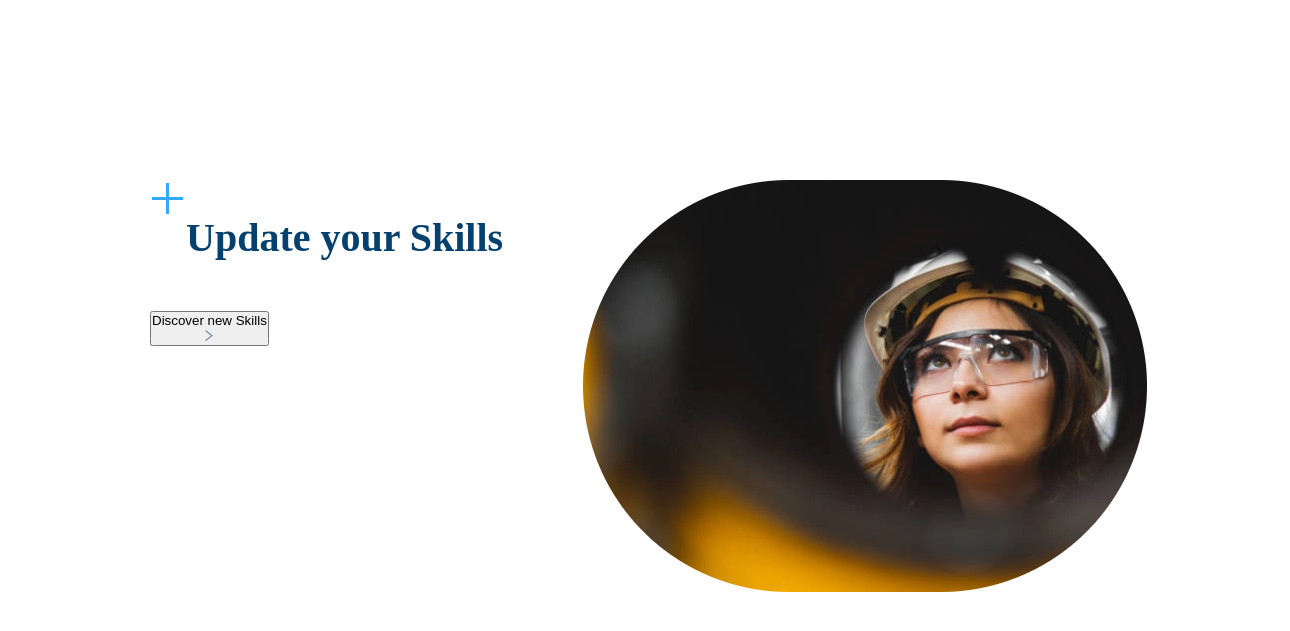
Repository: shekharyadav638/OSL_Assignment_1
Page: index.html
An editor plug-in stored every save of this project. The page is shown before and after the next save, followed by the edit.
The browser window is 1280 px wide. The page is 1290 px wide, so the pictures cover 1290 px, including what lies to the right of the window. The pictures show the whole page.
The style sheet was rebuilt from its Sass, Less or Tailwind sources for each picture, by a compiler version that may differ from the author's.

Above is the page before, as saved 2024-07-14 22:35:09.

### index.html
<!DOCTYPE html PUBLIC "-//W3C//DTD HTML 4.01 Transitional//EN" "http://www.w3.org/TR/html4/loose.dtd">
<html>
  <head>
    <meta http-equiv="Content-Type" content="text/html; charset=ISO-8859-1" />
    <title>Assignment 1</title>
    <link rel="stylesheet" href="style.css" />
    <link rel="preconnect" href="https://fonts.googleapis.com" />
    <link rel="preconnect" href="https://fonts.gstatic.com" crossorigin />
    <link
      href="https://fonts.googleapis.com/css2?family=Montserrat:ital,wght@0,100..900;1,100..900&display=swap"
      rel="stylesheet"
    />
  </head>
  <body>
    <!-- <header>
      <div class="header">
        <div class="header_left">
          <div class="header_left_logo"></div>
          <span class="header_left_title">Thinkin Blue</span>
        </div>
        <div class="header_right">
          <ul class="header_right_list">
            <li class="header_right_list_item">
              <a href="#">Home</a>
            </li>
            <li class="header_right_list_item"><a href="#">About Us</a></li>
            <li class="header_right_list_item"><a href="#">Work</a></li>
            <li class="header_right_list_item">
              <a href="#">ThinkinBlue Business</a>
            </li>
          </ul>
          <button class="header_right_btn">Login</button>
        </div>
      </div>
    </header>
    <section class="banner">
      <div class="banner_left">
       <p class="banner_left_text">The career network <br> for workers</p>
       <div class="banner_left_input">
        <input type="text" placeholder="Search Better Opportunites" class="banner_left_input_box"></input>
        <img src="img/location.svg" alt="location-icon" class="banner_left_input_icon">
       </div>
       <div class="banner_left_categories">
        <hr>
        <div class="banner_left_categories_title">100+ Job Opportunities</div>
        <div class="banner_left_categories_list">
          <div class="banner_left_categories_list_above">
            <div class="banner_left_categories_list_above_item"> Precision Production</div>
            <div class="banner_left_categories_list_above_item"> Helpers</div>
            <div class="banner_left_categories_list_above_item"> Front-line Supervisors</div>
            <div class="banner_left_categories_list_above_item"> Machine operators & Supervisors</div>
          </div>
          <div class="banner_left_categories_list_below">
            <div class="banner_left_categories_list_below_item"> Machine operators</div>
            <div class="banner_left_categories_list_below_item"> Handlers</div>
            <div class="banner_left_categories_list_below_item"> Transportation & moving occupations</div>
            <div class="banner_left_categories_list_below_item"> See all</div>
          </div>
        </div>
        <div >
          <button class="banner_left_categories_button">Join ThinkinBlue</button>
        </div>
       </div>
      </div>
      <div class="banner_right">
        <img src="img/banner_right.png" alt="banner_right" class="banner_right_img"></img>
      </div>
    </section>
    <section class="hiring">
      <div class="hiring_top">
        <div class="hiring_top_icon">
          <img src="img/plus_icon.svg" alt="plus_icon" />
        </div>
        <div class="hiring_top_heading">From the Community</div>
      </div>
      <div class="hiring_body">
        <div class="hiring_body_img">
          <img src="img/hiring.jpeg" alt="hiring" />
        </div>
        <div class="hiring_body_img">
          <img src="img/hiring.jpeg" alt="hiring" />
        </div>
        <div class="hiring_body_img">
          <img src="img/hiring.jpeg" alt="hiring" />
        </div>
        <div class="hiring_body_img">
          <img src="img/hiring.jpeg" alt="hiring" />
        </div>
      </div>
      <div class="hiring_footer">
        <div class="hiring_footer_slide">
          <div class="hiring_footer_slide_1"></div>
          <div class="hiring_footer_slide_2"></div>
          <div class="hiring_footer_slide_2"></div>
          <div class="hiring_footer_slide_2"></div>
        </div>
        <div class="hiring_footer_btn">
          <button>
            <div class="hiring_footer_btn_text">See more</div>
            <div class="hiring_footer_btn_icon">
              <img src="img/right_arrow.svg" alt="arrow" />
            </div>
          </button>
        </div>
      </div>
    </section>
    <section class="features">
      <div class="features_top">
        <div class="features_top_icon">
          <img src="img/plus_icon.svg" alt="plus_icon" />
        </div>
        <div class="features_top_heading">Features</div>
      </div>
      <div class="features_body">
        <div class="features_body_1">
          <div class="features_body_img">
            <img src="img/feature_1.png" alt="feature" />
          </div>
          <div class="features_body_text">Build Connections</div>
        </div>
        <div class="features_body_1">
          <div class="features_body_img">
            <img src="img/feature_2.png" alt="feature" />
          </div>
          <div class="features_body_text">Simple & Easy to Use</div>
        </div>
        <div class="features_body_1">
          <div class="features_body_img">
            <img src="img/feature_3.png" alt="feature" />
          </div>
          <div class="features_body_text">Built for Workers</div>
        </div>
        <div class="features_body_1">
          <div class="features_body_img">
            <img src="img/feature_4.png" alt="feature" />
          </div>
          <div class="features_body_text">Career Development</div>
        </div>
      </div>
    </section> -->
    <!-- <section class="group">
      <div class="group_top">
        <div class="group_top_icon">
          <img src="img/plus_icon.svg" alt="plus_icon" />
        </div>
        <div class="group_top_heading">Find a Group</div>
      </div>
      <div class="group_body">
        <div class="group_body_item">
          <div class="group_body_item_img"> <img src="img/group.png" alt="group" /></div>
          <div class="group_body_item_title">Front-line Supervisors</div>
          <div class="group_body_item_bottom">Front-line Supervisors</div>
          <div class="group_body_item_members">
            <img src="img/member.png" alt="member" class="group_body_item_members_img"></img>
            <div class="group_body_item_members_text">180 <span>users</span></div>
          </div>
          <button class="group_body_item_btn">CONNECT</button>
        </div>
        <div class="group_body_item">
          <div class="group_body_item_img"> <img src="img/group.png" alt="group" /></div>
          <div class="group_body_item_title">Front-line Supervisors</div>
          <div class="group_body_item_bottom">Front-line Supervisors</div>
          <div class="group_body_item_members">
            <img src="img/member.png" alt="member" class="group_body_item_members_img"></img>
            <div class="group_body_item_members_text">180 <span>users</span></div>
          </div>
          <button class="group_body_item_btn">CONNECT</button>
        </div>
        <div class="group_body_item">
          <div class="group_body_item_img"> <img src="img/group.png" alt="group" /></div>
          <div class="group_body_item_title">Front-line Supervisors</div>
          <div class="group_body_item_bottom">Front-line Supervisors</div>
          <div class="group_body_item_members">
            <img src="img/member.png" alt="member" class="group_body_item_members_img"></img>
            <div class="group_body_item_members_text">180 <span>users</span></div>
          </div>
          <button class="group_body_item_btn">CONNECT</button>
        </div>
        <div class="group_body_item">
          <div class="group_body_item_img"> <img src="img/group.png" alt="group" /></div>
          <div class="group_body_item_title">Front-line Supervisors</div>
          <div class="group_body_item_bottom">Front-line Supervisors</div>
          <div class="group_body_item_members">
            <img src="img/member.png" alt="member" class="group_body_item_members_img"></img>
            <div class="group_body_item_members_text">180 <span>users</span></div>
          </div>
          <button class="group_body_item_btn">CONNECT</button>
        </div>
      </div>
        <div class="group_footer_btn">
          <button>
            <div class="group_footer_btn_text">Explore Groups</div>
            <div class="group_footer_btn_icon">
              <img src="img/right_arrow.svg" alt="arrow" />
            </div>
          </button>
        </div>
      </div>
    </section> -->
    <!-- <section class="skills">
      <div class="skills_top">
        <div class="skills_top_icon">
          <img src="img/plus_icon.svg" alt="plus_icon" />
        </div>
        <div class="skills_top_heading">Update your Skills</div>
      </div>
      <div class="skills_body">
        <div class="skills_body_item">
          <div class="skills_body_item_title">Skill Name title long title (ABC)</div>
          <div class="skills_body_item_mid">
            <img src="img/path_7.svg" alt="member" class="group_body_item_mid_img"></img>
            <div class="skills_body_item_mid_text"><span>Recommended for you</span></div>
          </div>
          <div class="skills_body_item_para"><p>lorem ipsum doler set amet et color un seva doler set amet et color unacional.</p></div>
          <button class="skills_body_item_btn">CONNECT</button>
        </div>
        <div class="skills_body_item">
          <div class="skills_body_item_title">Skill Name title long title (ABC)</div>
          <div class="skills_body_item_mid">
            <img src="img/path_7.svg" alt="member" class="group_body_item_mid_img"></img>
            <div class="skills_body_item_mid_text"><span>Recommended for you</span></div>
          </div>
          <div class="skills_body_item_para"><p>lorem ipsum doler set amet et color un seva doler set amet et color unacional.</p></div>
          <button class="skills_body_item_btn">CONNECT</button>
        </div>
        <div class="skills_body_item">
          <div class="skills_body_item_title">Skill Name title long title (ABC)</div>
          <div class="skills_body_item_mid">
            <img src="img/path_7.svg" alt="member" class="group_body_item_mid_img"></img>
            <div class="skills_body_item_mid_text"><span>Recommended for you</span></div>
          </div>
          <div class="skills_body_item_para"><p>lorem ipsum doler set amet et color un seva doler set amet et color unacional.</p></div>
          <button class="skills_body_item_btn">CONNECT</button>
        </div>
        <div class="skills_body_item">
          <div class="skills_body_item_title">Skill Name title long title (ABC)</div>
          <div class="skills_body_item_mid">
            <img src="img/path_7.svg" alt="member" class="group_body_item_mid_img"></img>
            <div class="skills_body_item_mid_text"><span>Recommended for you</span></div>
          </div>
          <div class="skills_body_item_para"><p>lorem ipsum doler set amet et color un seva doler set amet et color unacional.</p></div>
          <button class="skills_body_item_btn">CONNECT</button>
        </div>
      </div>
        <div class="skills_footer_btn">
          <button>
            <div class="skills_footer_btn_text">Discover new Skills</div>
            <div class="skills_footer_btn_icon">
              <img src="img/right_arrow.svg" alt="arrow" />
            </div>
          </button>
        </div>
      </div>
    </section> -->
    <section class="career">
      <div class="career_left">
        <div class="career_left_top">
          <div class="career_left_top_icon">
            <img src="img/plus_icon.svg" alt="plus_icon" />
          </div>
          <div class="career_left_top_heading">Update your Skills</div>
        </div>
        <div class="career_left_para"></div>
        <div class="career_left_btn">
          <button>
            <div class="career_left_btn_text">Discover new Skills</div>
            <div class="career_left_btn_icon">
              <img src="img/right_arrow.svg" alt="arrow" />
            </div>
          </button>
        </div>
      </div>
      <div class="career_right">
        <img src="img/career.png" alt="career" />
      </div>
    </section>
  </body>
</html>

### style.scss
* {
  margin: 0;
  padding: 0;
}
.body {
  width: 1440px;
  opacity: 1;
  overflow-x: hidden;
}

@import "header";
@import "banner";
@import "hiring";
@import "features";
@import "group";
@import "skills";
@import "career";

### header.scss
.header {
  background: transparent;
  position: fixed;
  display: flex;
  align-content: center;
  width: 1140px;
  height: 86px;
  opacity: 1;
  margin: 16px 150px;
  &_left {
    align-items: center;
    display: flex;
    opacity: 1;

    &_logo {
      width: 52px;
      height: 52px;
      background: #ffffff 0% 0% no-repeat padding-box;
      opacity: 1;
    }

    &_title {
      padding-left: 5px;
      text-align: left;
      font: normal normal bold 21px/28px Segoe UI;
      width: 113px;
      height: 28px;
      letter-spacing: 0px;
      color: #150303;
      opacity: 1;
    }
  }

  &_right {
    margin-left: 261px;
    align-items: center;
    display: flex;
    gap: 66px;
    &_list {
      list-style: none;
      display: flex;
      gap: 76px;
      align-items: center;

      &_item {
        text-align: left;
        font: normal normal normal 14px/11px Montserrat;
        letter-spacing: 0px;
        padding: 17px 0;
        color: #ffffff;
        opacity: 1;
      }
    }
    &_btn {
      background: #ffc832 0% 0% no-repeat padding-box;
      border-radius: 4px;
      opacity: 1;
      padding: 8px 33px;
      text-align: left;
      font: normal normal 600 18px Montserrat;
      letter-spacing: 0px;
      color: #05416e;
      opacity: 1;
    }
  }
}

.banner {
  &_img {
    width: 100%;
    height: 100%;
    background-position: center;
  }
}

### _hiring.scss
.hiring {
  margin: 180px 150px;
  margin-bottom: 0;

  &_top {
    display: flex;
    flex-direction: column;
    width: 411px;
    margin-bottom: 60px;
    &_icon {
      width: 36px;
      height: 36px;
    }

    &_heading {
      margin-left: 36px;
      width: 375px;
      height: 40px;
      font: normal normal bold 40px/54px Adobe Caslon Pro;
      letter-spacing: 0px;
      color: #000000;
      opacity: 1;
    }
  }

  &_body {
    display: flex;
    justify-content: space-between;
    &_img {
      & img {
        width: 276px;
        height: 308px;
        border-radius: 4px;
        opacity: 1;
      }
    }
  }

  &_footer {
    margin-top: 60px;

    &_slide {
      display: flex;
      width: 180px;
      height: 10px;
      justify-content: space-between;
      margin-left: 480px;
      &_1 {
        width: 32px;
        height: 6px;
        background: #32aaff 0% 0% no-repeat padding-box;
        border-radius: 2px;
        opacity: 1;
      }
      &_2 {
        width: 32px;
        height: 6px;
        background: #05416e 0% 0% no-repeat padding-box;
        border-radius: 2px;
        opacity: 1;
      }
    }

    &_btn {
      margin-top: 20px;
      display: flex;
      align-items: center;
      justify-content: center;

      & button {
        width: 159px;
        height: 40px;
        background: #ffffff 0% 0% no-repeat padding-box;
        border: 1px solid #05416e;
        border-radius: 4px;
        opacity: 1;
        padding-left: 20px;
        padding-right: 20px;
        padding-top: 8.47px;
        display: flex;
        justify-content: space-between;
      }
      &_text {
        width: 88px;
        height: 22px;
        font: normal normal 600 18px/17px Montserrat;
        letter-spacing: 0px;
        color: #05416e;
      }
      &_icon {
        width: 16px;
        height: 16px;
      }
    }
  }
}

### _features.scss
.features {
  margin: 180px 150px;
  margin-bottom: 0;

  &_top {
    display: flex;
    flex-direction: column;
    width: 411px;
    margin-bottom: 60px;
    &_icon {
      width: 31px;
      height: 31px;
    }

    &_heading {
      margin-left: 36px;
      width: 144px;
      height: 40px;
      font: normal normal bold 40px/54px Adobe Caslon Pro;
      letter-spacing: 0px;
      color: #000000;
      opacity: 1;
    }
  }

  &_body {
    display: flex;
    justify-content: space-between;

    &_1 {
      width: 270px;
      height: 308px;
      background: #f5f5f5 0% 0% no-repeat padding-box;
      border-radius: 4px;
      opacity: 1;
    }

    &_img {
      margin-top: 50px;
      width: 110px;
      height: 110px;
      margin-left: 79px;
    }

    &_text {
      margin-top: 25px;
      text-align: center;
      font: normal normal bold 25px/30px Montserrat;
      letter-spacing: 0px;
      color: #05416e;
      opacity: 1;
      padding: 0px 52px;
    }
  }
}

### _group.scss
.group {
  margin: 180px 150px;
  margin-bottom: 0;

  &_top {
    display: flex;
    flex-direction: column;
    width: 411px;
    margin-bottom: 60px;
    &_icon {
      width: 36px;
      height: 36px;
    }

    &_heading {
      margin-left: 36px;
      width: 375px;
      height: 40px;
      font: normal normal bold 40px/54px Adobe Caslon Pro;
      letter-spacing: 0px;
      color: #000000;
      opacity: 1;
    }
  }

  &_body {
    display: flex;
    justify-content: space-between;

    &_item {
      height: 308px;
      width: 270px;
      &_img {
        & img {
          width: 270px;
          height: 153px;
          border-radius: 4px 4px 0px 0px;
          opacity: 1;
        }
      }
      &_title {
        width: 209px;
        height: 22px;
        font: normal normal bold 16px/24px Montserrat;
        letter-spacing: 0px;
        color: #000000;
        opacity: 1;
        margin-top: 15px;
      }

      &_bottom {
        height: 13px;
        font: normal normal normal 10px Montserrat;
        letter-spacing: 0px;
        color: #d0b6b6;
        opacity: 1;
      }

      &_members {
        margin-top: 15px;
        margin-bottom: 16px;
        display: flex;
        align-items: center;
        &_img {
          width: 23px;
          height: 24px;
          border: 1px solid #ffffff;
          opacity: 1;
        }

        &_text {
          margin-left: 4px;
          height: 13px;
          font: normal normal 600 10px/13px Montserrat;
          text-align: left;
          letter-spacing: 0px;
          color: #000000;
          opacity: 1;
          & span {
            font: normal normal normal 10px/13px Montserrat;
          }
        }
      }

      &_btn {
        border: 1px solid #ebebeb;
        border-radius: 0px 0px 4px 4px;
        padding: 14px 0;
        padding-left: 89px;
        width: 270px;
        height: 50px;
        text-align: left;
        font: normal normal bold 18px/24px Montserrat;
        letter-spacing: 0px;
        color: #32aaff;
        opacity: 1;
      }
    }
  }

  &_footer {
    &_btn {
      margin-top: 60px;
      display: flex;
      align-items: center;
      justify-content: center;

      & button {
        width: 215px;
        height: 40px;
        background: #ffffff 0% 0% no-repeat padding-box;
        border: 1px solid #05416e;
        border-radius: 4px;
        opacity: 1;
        padding-left: 20px;
        padding-right: 20px;
        align-items: center;
        display: flex;
        justify-content: space-between;
      }
      &_text {
        font: normal normal 600 18px/17px Montserrat;
        letter-spacing: 0px;
        color: #05416e;
        width: 142px;
        height: 22px;
      }
      &_icon {
        margin-left: 15px;
        width: 17px;
        height: 16px;
      }
    }
  }
}

### _skills.scss
.skills {
  margin: 180px 150px;
  margin-bottom: 0;
  height: 308px;
  width: 270px;

  &_top {
    display: flex;
    flex-direction: column;
    width: 411px;
    margin-bottom: 60px;
    &_icon {
      width: 36px;
      height: 36px;
    }

    &_heading {
      margin-left: 36px;
      width: 375px;
      height: 40px;
      font: normal normal bold 40px/54px Adobe Caslon Pro;
      letter-spacing: 0px;
      color: #000000;
      opacity: 1;
    }
  }

  &_body {
    display: flex;
    gap: 19px;

    &_item {
      background-color: #32aaff;
      padding-top: 20px;
      &_title {
        padding-left: 20px;
        width: 207px;
        height: 60px;
        text-align: left;
        font: normal normal bold 25px/30px Montserrat;
        letter-spacing: 0px;
        color: #f5f5f5;
        opacity: 1;
      }

      &_mid {
        margin-top: 30px;
        margin-left: 20px;
        display: flex;
        &_img {
          width: 15px;
          height: 20px;
        }
        &_text {
          margin-left: 5px;
          text-align: left;
          font: normal normal normal 12px/15px Montserrat;
          letter-spacing: 0px;
          color: #ffffff;
          opacity: 1;
        }
      }

      &_para {
        margin: 30px 20px;
        width: 230px;
        height: 64px;
        text-align: left;
        font: normal normal normal 14px/16px Montserrat;
        letter-spacing: 0px;
        color: #ffffff;
        opacity: 1;
      }

      &_btn {
        margin: 0 4px;
        margin-bottom: 4px;
        background: transparent 0% 0% no-repeat padding-box;
        box-shadow: 0px 3px 6px #00000029;
        border: 1px solid #ffffff;
        border-radius: 4px;
        padding: 14px 0;
        padding-left: 89px;
        width: 270px;
        height: 50px;
        text-align: left;
        font: normal normal bold 18px/24px Montserrat;
        letter-spacing: 0px;
        color: #ffffff;
        opacity: 1;
      }
    }
  }

  &_footer {
    &_btn {
      margin-top: 60px;
      margin-left: 593px;
      display: flex;
      align-items: center;
      justify-content: center;

      & button {
        width: 254px;
        height: 40px;
        background: #ffffff 0% 0% no-repeat padding-box;
        border: 1px solid #05416e;
        border-radius: 4px;
        opacity: 1;
        padding-left: 20px;
        padding-right: 20px;
        align-items: center;
        display: flex;
        justify-content: space-between;
      }
      &_text {
        font: normal normal 600 18px/17px Montserrat;
        letter-spacing: 0px;
        color: #05416e;
        width: 180px;
        height: 22px;
      }
      &_icon {
        margin-left: 15px;
        width: 17px;
        height: 16px;
      }
    }
  }
}

### _career.scss
.career {
  margin: 180px 150px;
  margin-bottom: 0;
  height: 412px;
  width: 1140px;
  display: flex;

  &_left {
    &_top {
      display: flex;
      flex-direction: column;
      width: 433px;
      margin-bottom: 60px;
      &_icon {
        width: 31px;
        height: 31px;
      }

      &_heading {
        margin-left: 36px;
        width: 375px;
        height: 40px;
        font: normal normal bold 40px/54px Adobe Caslon Pro;
        letter-spacing: 0px;
        color: #05416e;
        opacity: 1;
      }
    }
  }

  &_right {
    width: 564px;
    height: 412px;
  }
}

Loaded but not shown: _banner.scss (142 lines, source omitted)

After the next save:
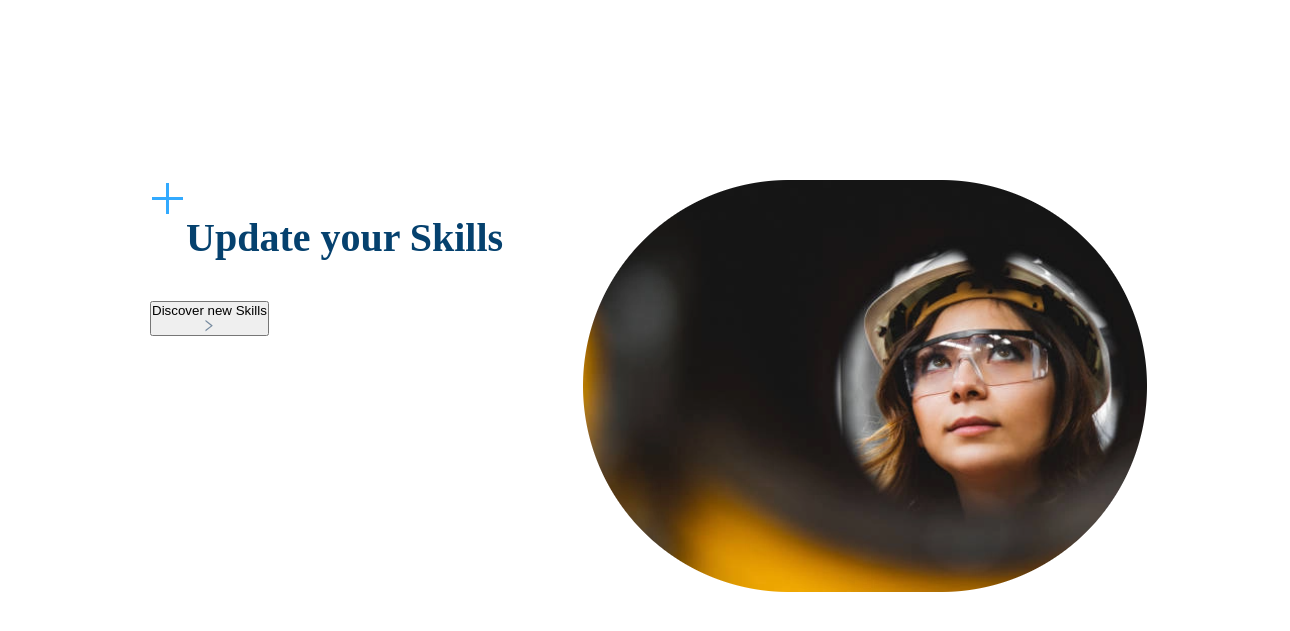
Saved 9 s later.
--- a/_career.scss
+++ b/_career.scss
@@ -10,7 +10,7 @@
       display: flex;
       flex-direction: column;
       width: 433px;
-      margin-bottom: 60px;
+      margin-bottom: 50px;
       &_icon {
         width: 31px;
         height: 31px;
